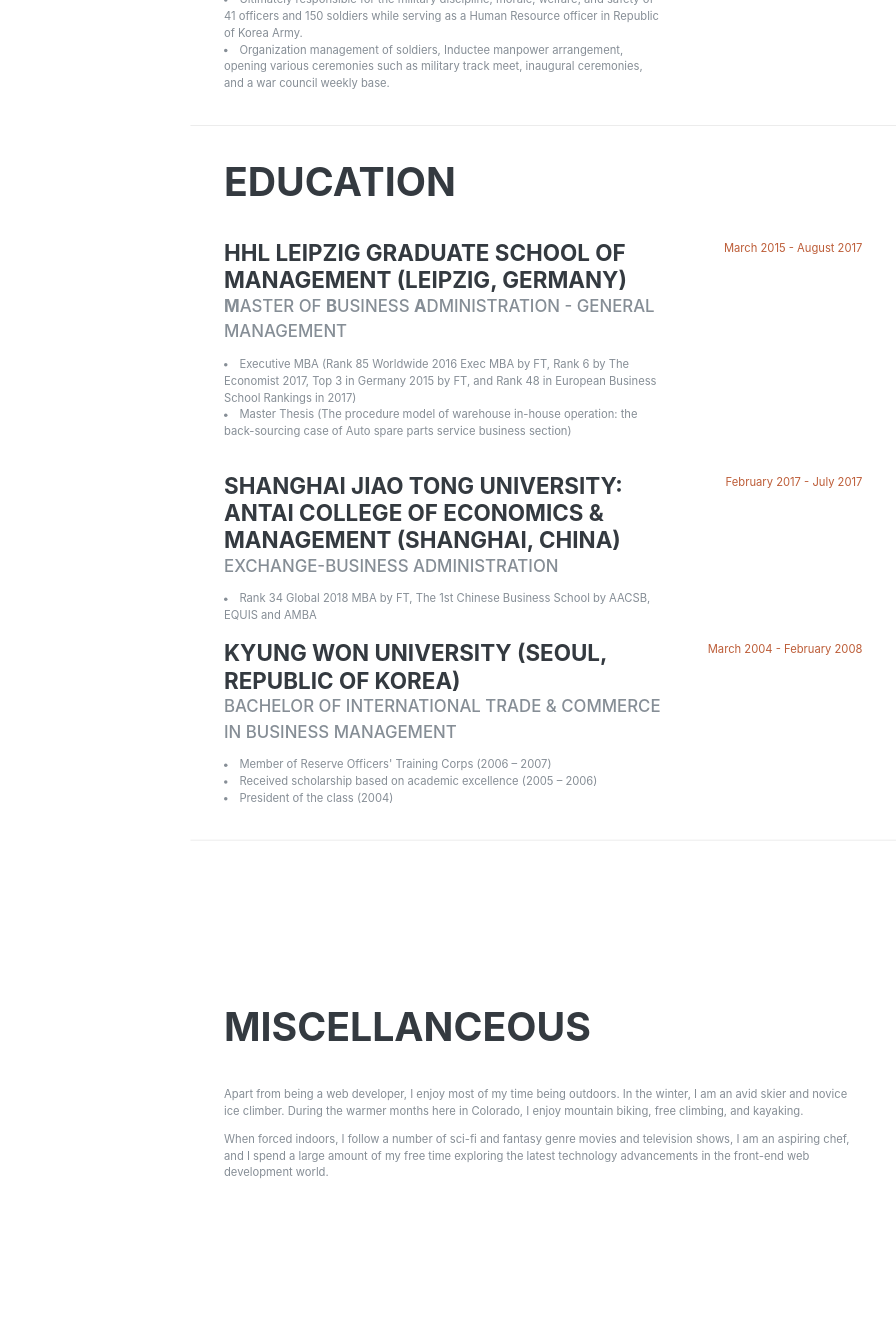
Repository: BeenOH/OHBIN.github.io
Page: index.html
The author's editor kept a record of every edit. The page is drawn from the files as they stood at one moment, then again after the next edit.
The browser window is 1280 px wide. The pictures show the part of the page from y = 1922 to 3842 px (the page is 3842 px tall), at 70% of full size.
Some web fonts or font styles are not loaded; a fallback is used.

Above is the page before.

### index.html
<!DOCTYPE html>
<html lang="en">

<head>

  <meta charset="utf-8">
  <meta name="viewport" content="width=device-width, initial-scale=1, shrink-to-fit=no">
  <meta name="description" content="">
  <meta name="author" content="">

  <title>Resume - Start Bootstrap Theme</title>

  <!-- Bootstrap core CSS -->
  <link href="vendor/bootstrap/css/bootstrap.min.css" rel="stylesheet">

  <!-- Custom fonts for this template -->
  <link href="https://fonts.googleapis.com/css?family=Saira+Extra+Condensed:500,700" rel="stylesheet">
  <link href="https://fonts.googleapis.com/css?family=Muli:400,400i,800,800i" rel="stylesheet">
  <link href="vendor/fontawesome-free/css/all.min.css" rel="stylesheet">

  <!-- Custom styles for this template -->
  <link href="css/resume.css" rel="stylesheet">

</head>

<body id="page-top">

  <nav class="navbar navbar-expand-lg navbar-dark bg-primary fixed-top" id="sideNav">
    <a class="navbar-brand js-scroll-trigger" href="#page-top">
      <span class="d-block d-lg-none">Been OH</span>
      <span class="d-none d-lg-block">
        <img class="img-fluid img-profile rounded-circle mx-auto mb-2" src="img/profile.jpg" alt="">
      </span>
    </a>
    <button class="navbar-toggler" type="button" data-toggle="collapse" data-target="#navbarSupportedContent" aria-controls="navbarSupportedContent" aria-expanded="false" aria-label="Toggle navigation">
      <span class="navbar-toggler-icon"></span>
    </button>
    <div class="collapse navbar-collapse" id="navbarSupportedContent">
      <ul class="navbar-nav">
        <li class="nav-item">
          <a class="nav-link js-scroll-trigger" href="#about">About</a>
        </li>
        <li class="nav-item">
          <a class="nav-link js-scroll-trigger" href="#experience">Experience</a>
        </li>
        <li class="nav-item">
          <a class="nav-link js-scroll-trigger" href="#education">Education</a>
        </li>
        <li class="nav-item">
          <a class="nav-link js-scroll-trigger" href="#interests">MISCELLANEOUS</a>
        </li>
      </ul>
    </div>
  </nav>

  <div class="container-fluid p-0">

    <section class="resume-section p-3 p-lg-5 d-flex align-items-center" id="about">
      <div class="w-100">
        <h1 class="mb-0">Been
          <span class="text-primary">OH</span>
        </h1>
        <div class="subheading mb-5">97-7, Myeongdal-ro, Seocho-gu, Seoul, Republic of Korea
          <a href="mailto:name@email.com">sahora.bin@gmail.com</a>
        </div>
        <p class="lead mb-5">“Whether you think you can, or you think you can't – you're right” quoted by Henry Ford </p>
        <div class="social-icons">
          <a href="#">
            <i class="fab fa-linkedin-in"></i>
          </a>
          <a href="#">
            <i class="fab fa-facebook-f"></i>
          </a>
        </div>
      </div>
    </section>

    <hr class="m-0">

    <section class="resume-section p-3 p-lg-5 d-flex justify-content-center" id="experience">
      <div class="w-100">
        <h2 class="mb-5">Experience</h2>

        <div class="resume-item d-flex flex-column flex-md-row justify-content-between mb-5">
          <div class="resume-content">
            <h3 class="mb-0">Project Lead</h3>
            <div class="subheading mb-3">METAPS PLUS INC.</div>
            <li>Successful completion of Crypto-currency Exchange reformation project. (Project volume: 1.5B KRW Approx. 1.3M USD); Improved service planning, web & mobile frontend design, finer crypto-currency trading features, passed advanced penetration test and operational policy.</li>
            <li>Project Go Live was done on 30th Oct. 2018 with no deviation from original schedule and in terms of budget performance, the project is completed with 1.1B KRW (Approx. 1M USD); leading to savings of 0.3B KRW (Approx. 276K USD), which cuts costs 21%.</li>
          </div>
          <div class="resume-date text-md-right">
            <span class="text-primary">July 2018 - August 2019</span>
          </div>
        </div>

        <div class="resume-item d-flex flex-column flex-md-row justify-content-between mb-5">
          <div class="resume-content">
            <h3 class="mb-0">Project Manager</h3>
            <div class="subheading mb-3">INVENTIS</div>
            <li>Successful completion of Workshop Automation project; converting paper work processes to tablet or mobile work procedures for Hyundai Belgium and Italy car repair shops.</li>
            <li>Pre-sales Activities that identified the nature the client’s current car repair shop work process and provided solutions for increased efficiency.</li>
          </div>
          <div class="resume-date text-md-right">
            <span class="text-primary">October 2017 - April 2018</span>
          </div>
        </div>

        <div class="resume-item d-flex flex-column flex-md-row justify-content-between mb-5">
          <div class="resume-content">
            <h3 class="mb-0">Project Manager</h3>
            <div class="subheading mb-3">HYUNDAI MOBIS Parts Europe N.V.</div>
            <li>Successful completion of a back-sourcing project that took back logistic and warehouse management service from outsourcing 3PL to in-house (project itself volume: 2.5M €)</li>
            <li>Substituted and Performed a Logistic Manager role over 7 months due to its vacancy.</li>
            <li>Designed a 2013 Greece Market retention program (compared to without the retention program, we achieved 1.1M € additional sales volume)</li>
          </div>
          <div class="resume-date text-md-right">
            <span class="text-primary">February 2012 - January 2017</span>
          </div>
        </div>

        <div class="resume-item d-flex flex-column flex-md-row justify-content-between">
          <div class="resume-content">
            <h3 class="mb-0">Human Resource Military Officer(a first lieutenant)</h3>
            <div class="subheading mb-3">Republic of Korea army</div>
            <li>Ultimately responsible for the military discipline, morale, welfare, and safety of 41 officers and 150 soldiers while serving as a Human Resource officer in Republic of Korea Army.</li>
            <li>Organization management of soldiers, Inductee manpower arrangement, opening various ceremonies such as military track meet, inaugural ceremonies, and a war council weekly base.</li>
          </div>
          <div class="resume-date text-md-right">
            <span class="text-primary">March 2008 - June 2010</span>
          </div>
        </div>

      </div>

    </section>

    <hr class="m-0">

    <section class="resume-section p-3 p-lg-5 d-flex align-items-center" id="education">
      <div class="w-100">
        <h2 class="mb-5">Education</h2>

        <div class="resume-item d-flex flex-column flex-md-row justify-content-between mb-5">
          <div class="resume-content">
            <h3 class="mb-0">HHL LEIPZIG GRADUATE SCHOOL OF MANAGEMENT (Leipzig, Germany)</h3>
            <div class="subheading mb-3"><b>M</b>aster of <b>B</b>usiness <b>A</b>dministration - General Management</div>
            <li>Executive MBA (Rank 85 Worldwide 2016 Exec MBA by FT, Rank 6 by The Economist 2017, Top 3 in Germany 2015 by FT, and Rank 48 in European Business School Rankings in 2017)</li>
            <li>Master Thesis (The procedure model of warehouse in-house operation: the back-sourcing case of Auto spare parts service business section)</li>
          </div>
          <div class="resume-date text-md-right">
            <span class="text-primary">March 2015 - August 2017</span>
          </div>
        </div>

        <div class="resume-item d-flex flex-column flex-md-row justify-content-between">
          <div class="resume-content">
            <h3 class="mb-0">SHANGHAI JIAO TONG UNIVERSITY: ANTAI College of Economics & Management (Shanghai, China)</h3>
            <div class="subheading mb-3">Exchange-Business Administration</div>
            <li>Rank 34 Global 2018 MBA by FT, The 1st Chinese Business School by AACSB, EQUIS and AMBA</li>
            <br>
          </div>
          <div class="resume-date text-md-right">
            <span class="text-primary">February 2017 - July 2017</span>
          </div>
        </div>

        <div class="resume-item d-flex flex-column flex-md-row justify-content-between">
          <div class="resume-content">
            <h3 class="mb-0">KYUNG WON UNIVERSITY (Seoul, Republic of Korea)</h3>
            <div class="subheading mb-3">Bachelor of International Trade & Commerce in Business Management</div>
            <li>Member of Reserve Officers' Training Corps (2006 – 2007)</li>
            <li>Received scholarship based on academic excellence (2005 – 2006)</li>
            <li>President of the class (2004)</li>
          </div>
          <div class="resume-date text-md-right">
            <span class="text-primary">March 2004 - February 2008</span>
          </div>
        </div>

      </div>
    </section>

    <hr class="m-0">

    <section class="resume-section p-3 p-lg-5 d-flex align-items-center" id="interests">
      <div class="w-100">
        <h2 class="mb-5">MISCELLANCEOUS</h2>
        <p>Apart from being a web developer, I enjoy most of my time being outdoors. In the winter, I am an avid skier and novice ice climber. During the warmer months here in Colorado, I enjoy mountain biking, free climbing, and kayaking.</p>
        <p class="mb-0">When forced indoors, I follow a number of sci-fi and fantasy genre movies and television shows, I am an aspiring chef, and I spend a large amount of my free time exploring the latest technology advancements in the front-end web development world.</p>
      </div>
    </section>
  </div>

  <!-- Bootstrap core JavaScript -->
  <script src="vendor/jquery/jquery.min.js"></script>
  <script src="vendor/bootstrap/js/bootstrap.bundle.min.js"></script>

  <!-- Plugin JavaScript -->
  <script src="vendor/jquery-easing/jquery.easing.min.js"></script>

  <!-- Custom scripts for this template -->
  <script src="js/resume.min.js"></script>

</body>

</html>

### css/resume.css
/*!
 * Start Bootstrap - Resume v5.0.8 (https://startbootstrap.com/template-overviews/resume)
 * Copyright 2013-2019 Start Bootstrap
 * Licensed under MIT (https://github.com/BlackrockDigital/startbootstrap-resume/blob/master/LICENSE)
 */

body {
  font-family: 'Muli', -apple-system, BlinkMacSystemFont, 'Segoe UI', Roboto, 'Helvetica Neue', Arial, sans-serif, 'Apple Color Emoji', 'Segoe UI Emoji', 'Segoe UI Symbol', 'Noto Color Emoji';
  padding-top: 54px;
  color: #868e96;
}

@media (min-width: 992px) {
  body {
    padding-top: 0;
    padding-left: 17rem;
  }
}

h1,
h2,
h3,
h4,
h5,
h6 {
  font-family: 'Saira Extra Condensed', -apple-system, BlinkMacSystemFont, 'Segoe UI', Roboto, 'Helvetica Neue', Arial, sans-serif, 'Apple Color Emoji', 'Segoe UI Emoji', 'Segoe UI Symbol', 'Noto Color Emoji';
  font-weight: 700;
  text-transform: uppercase;
  color: #343a40;
}

h1 {
  font-size: 6rem;
  line-height: 5.5rem;
}

h2 {
  font-size: 3.5rem;
}

h3 {
  font-size: 2rem;
}

p.lead {
  font-size: 1.15rem;
  font-weight: 400;
}

.subheading {
  text-transform: uppercase;
  font-weight: 500;
  font-family: 'Saira Extra Condensed', -apple-system, BlinkMacSystemFont, 'Segoe UI', Roboto, 'Helvetica Neue', Arial, sans-serif, 'Apple Color Emoji', 'Segoe UI Emoji', 'Segoe UI Symbol', 'Noto Color Emoji';
  font-size: 1.5rem;
}

.social-icons a {
  display: inline-block;
  height: 3.5rem;
  width: 3.5rem;
  background-color: #495057;
  color: #fff !important;
  border-radius: 100%;
  text-align: center;
  font-size: 1.5rem;
  line-height: 3.5rem;
  margin-right: 1rem;
}

.social-icons a:last-child {
  margin-right: 0;
}

.social-icons a:hover {
  background-color: #BD5D38;
}

.dev-icons {
  font-size: 3rem;
}

.dev-icons .list-inline-item i:hover {
  color: #BD5D38;
}

#sideNav .navbar-nav .nav-item .nav-link {
  font-weight: 800;
  letter-spacing: 0.05rem;
  text-transform: uppercase;
}

#sideNav .navbar-toggler:focus {
  outline-color: #d48a6e;
}

@media (min-width: 992px) {
  #sideNav {
    text-align: center;
    position: fixed;
    top: 0;
    left: 0;
    display: flex;
    flex-direction: column;
    width: 17rem;
    height: 100vh;
  }
  #sideNav .navbar-brand {
    display: flex;
    margin: auto auto 0;
    padding: 0.5rem;
  }
  #sideNav .navbar-brand .img-profile {
    max-width: 10rem;
    max-height: 10rem;
    border: 0.5rem solid rgba(255, 255, 255, 0.2);
  }
  #sideNav .navbar-collapse {
    display: flex;
    align-items: flex-start;
    flex-grow: 0;
    width: 100%;
    margin-bottom: auto;
  }
  #sideNav .navbar-collapse .navbar-nav {
    flex-direction: column;
    width: 100%;
  }
  #sideNav .navbar-collapse .navbar-nav .nav-item {
    display: block;
  }
  #sideNav .navbar-collapse .navbar-nav .nav-item .nav-link {
    display: block;
  }
}

section.resume-section {
  padding-top: 5rem !important;
  padding-bottom: 5rem !important;
  max-width: 75rem;
}

section.resume-section .resume-item .resume-date {
  min-width: none;
}

@media (min-width: 768px) {
  section.resume-section {
    min-height: 100vh;
  }
  section.resume-section .resume-item .resume-date {
    min-width: 18rem;
  }
}

@media (min-width: 992px) {
  section.resume-section {
    padding-top: 3rem !important;
    padding-bottom: 3rem !important;
  }
}

.bg-primary {
  background-color: #BD5D38 !important;
}

.text-primary {
  color: #BD5D38 !important;
}

a {
  color: #BD5D38;
}

a:hover, a:focus, a:active {
  color: #824027;
}

Loaded but not shown: vendor/bootstrap/css/bootstrap.min.css (library); vendor/fontawesome-free/css/all.min.css (library); vendor/jquery/jquery.min.js (library); vendor/bootstrap/js/bootstrap.bundle.min.js (library); vendor/jquery-easing/jquery.easing.min.js (common file); js/resume.min.js (common file)

After the next edit:
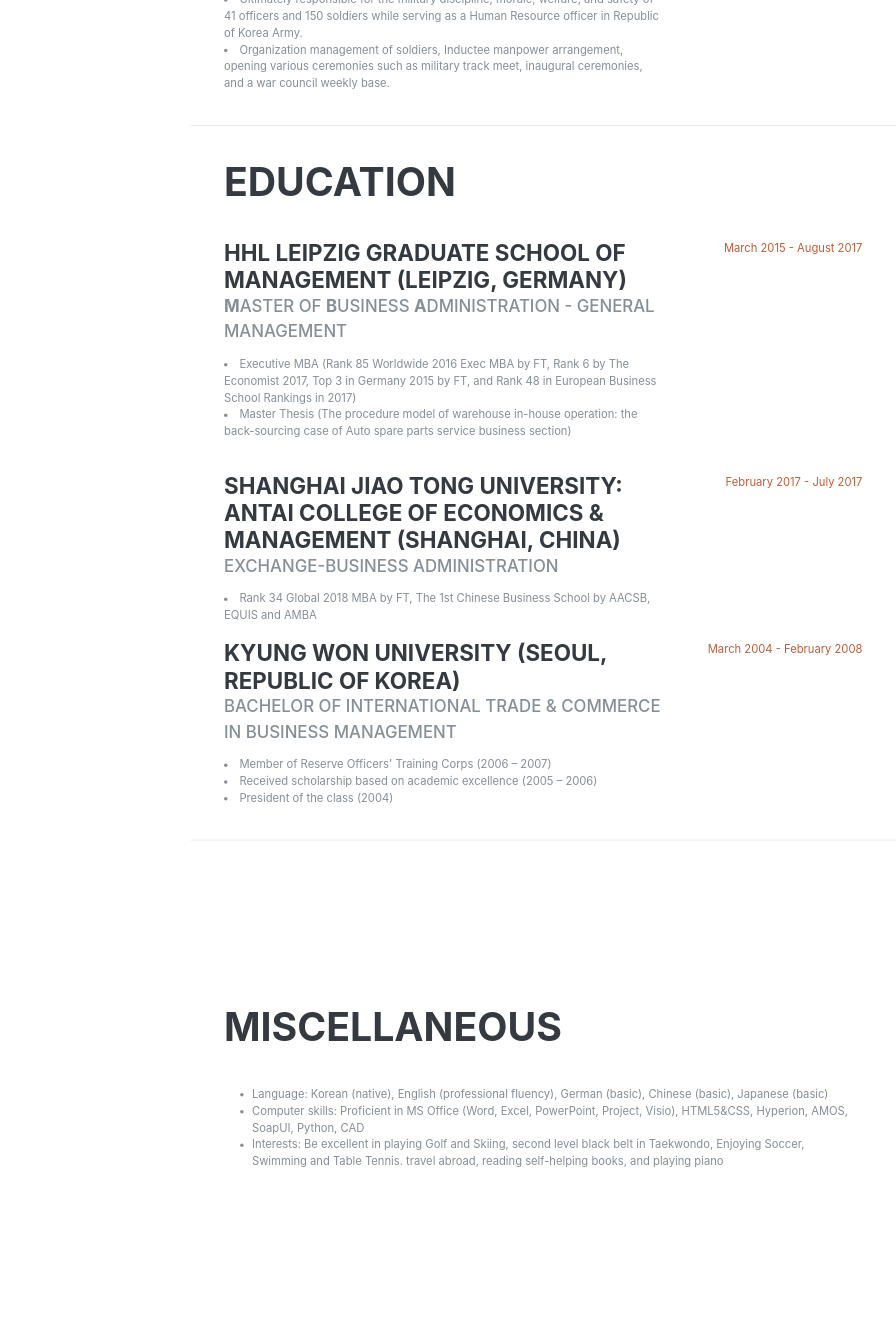
The edit:
--- a/index.html
+++ b/index.html
@@ -184,9 +184,12 @@
 
     <section class="resume-section p-3 p-lg-5 d-flex align-items-center" id="interests">
       <div class="w-100">
-        <h2 class="mb-5">MISCELLANCEOUS</h2>
-        <p>Apart from being a web developer, I enjoy most of my time being outdoors. In the winter, I am an avid skier and novice ice climber. During the warmer months here in Colorado, I enjoy mountain biking, free climbing, and kayaking.</p>
-        <p class="mb-0">When forced indoors, I follow a number of sci-fi and fantasy genre movies and television shows, I am an aspiring chef, and I spend a large amount of my free time exploring the latest technology advancements in the front-end web development world.</p>
+        <h2 class="mb-5">MISCELLANEOUS</h2>
+        <ul>
+          <li>Language: Korean (native), English (professional fluency), German (basic), Chinese (basic), Japanese (basic)</li>
+          <li>Computer skills: Proficient in MS Office (Word, Excel, PowerPoint, Project, Visio), HTML5&CSS, Hyperion, AMOS, SoapUI, Python, CAD</li>
+          <li>Interests: Be excellent in playing Golf and Skiing, second level black belt in Taekwondo, Enjoying Soccer, Swimming and Table Tennis. travel abroad, reading self-helping books, and playing piano</li>
+        </ul>
       </div>
     </section>
   </div>
